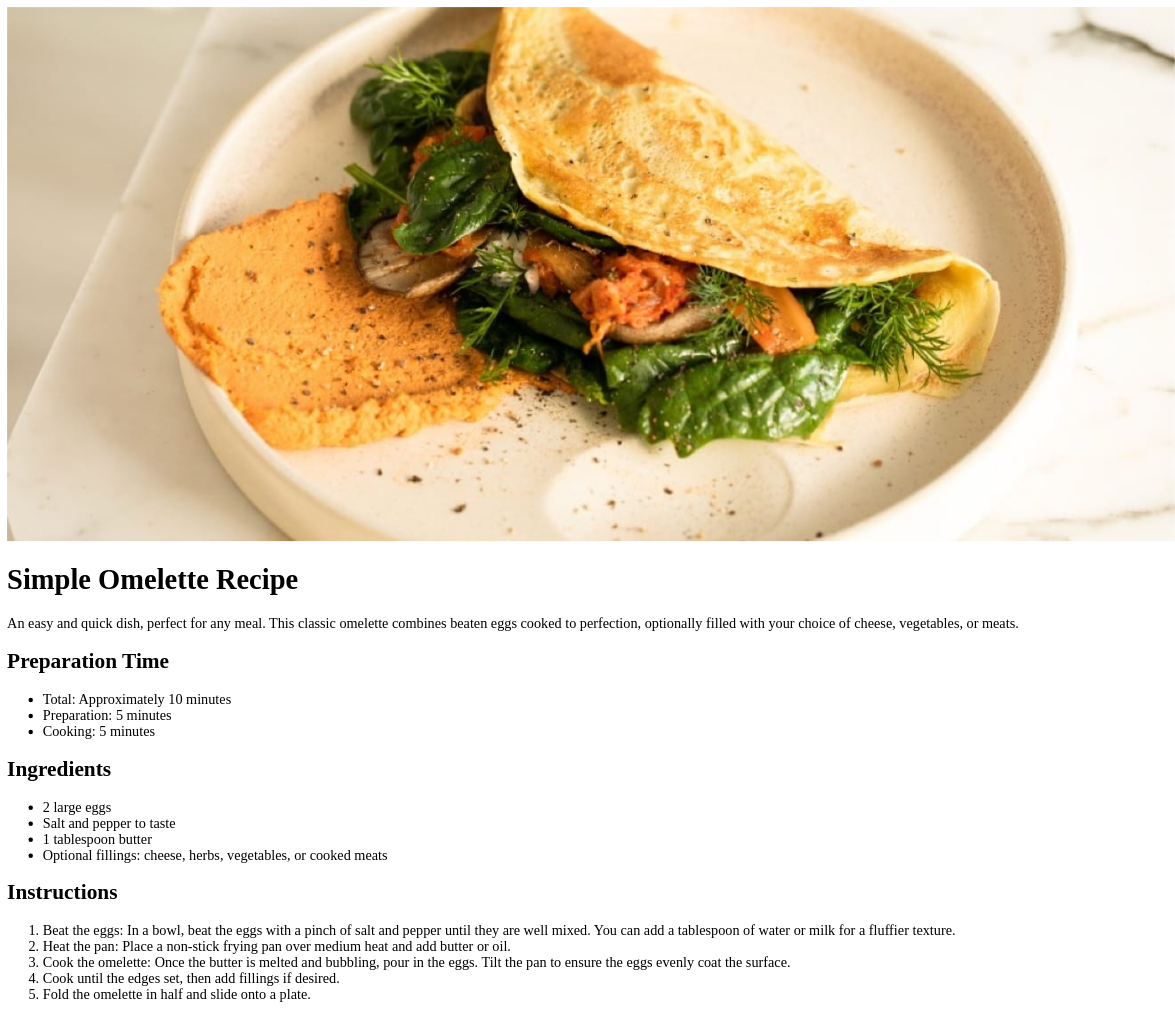
Repository: akbasliogulcan/omletterecipe
Page: index.html
The author's editor kept a copy of each file at every save. The page is drawn from the files as they stood at one save, then again after the next save.
The browser window is 1280 px wide. The page is 1320 px wide, so the pictures cover 1320 px, including what lies to the right of the window. The pictures show the whole page, at 89% of full size.

Above is the page before, as saved 2025-07-20 17:17:45.

After the next save:
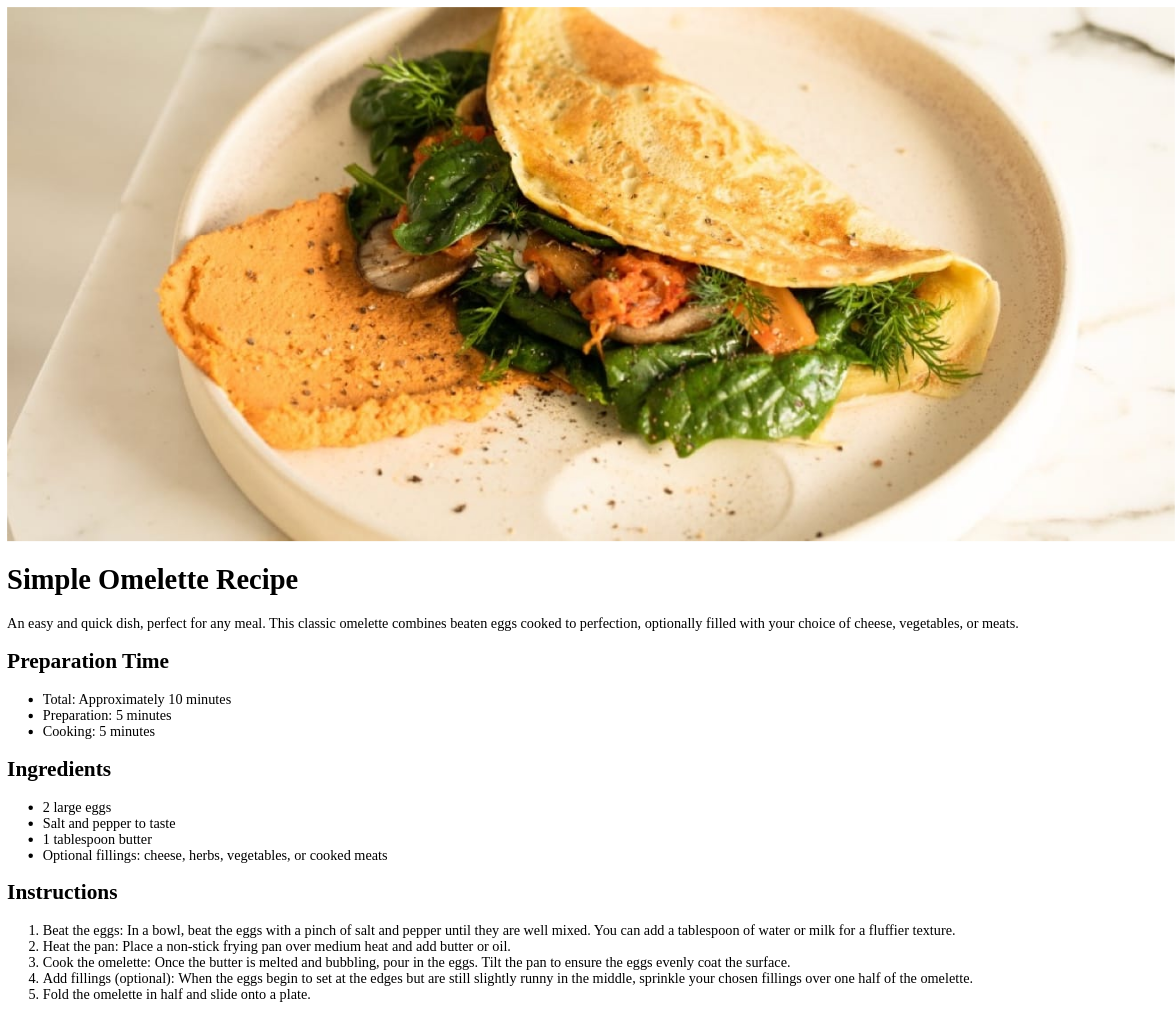
Saved 9 s later.
--- a/index.html
+++ b/index.html
@@ -48,7 +48,9 @@
         <li>
           Cook the omelette: Once the butter is melted and bubbling, pour in the eggs. Tilt the pan to ensure
           the eggs evenly coat the surface.</li>
-        <li>Cook until the edges set, then add fillings if desired.</li>
+        <li>
+          Add fillings (optional): When the eggs begin to set at the edges but are still slightly runny in the
+          middle, sprinkle your chosen fillings over one half of the omelette.</li>
         <li>Fold the omelette in half and slide onto a plate.</li>
       </ol>
     </div>
